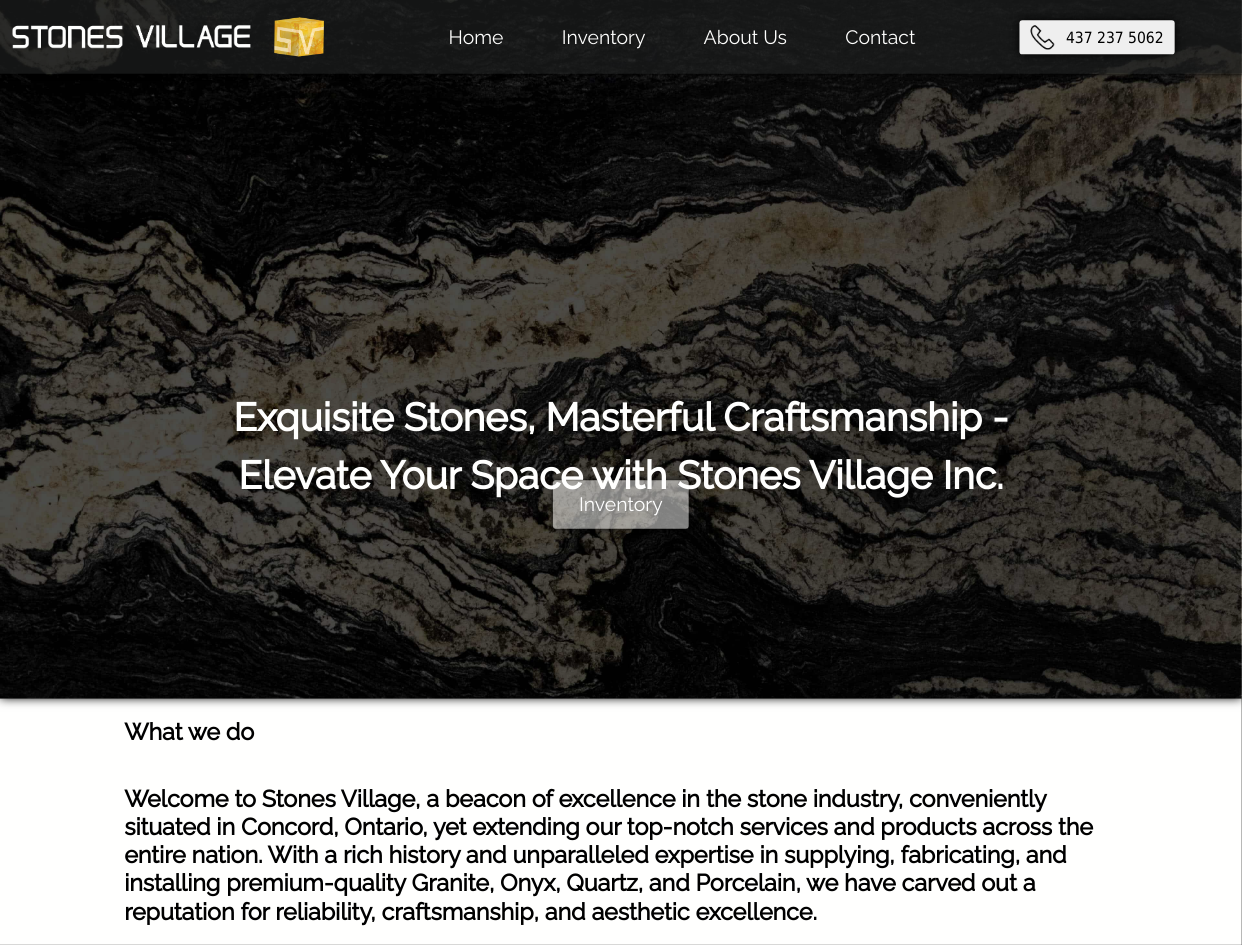
Repository: shayanabedi98/Stones-Village
Page: index.html
These files come from the project's save history. The page is drawn as it stood at one moment and after the next save; the edit follows.
The browser window is 1280 px wide. The pictures show the whole page, at 97% of full size.
Backgrounds fixed to the window are drawn as part of the page.

Above is the page before, as saved 2023-10-22 16:13:52.

After the next save:
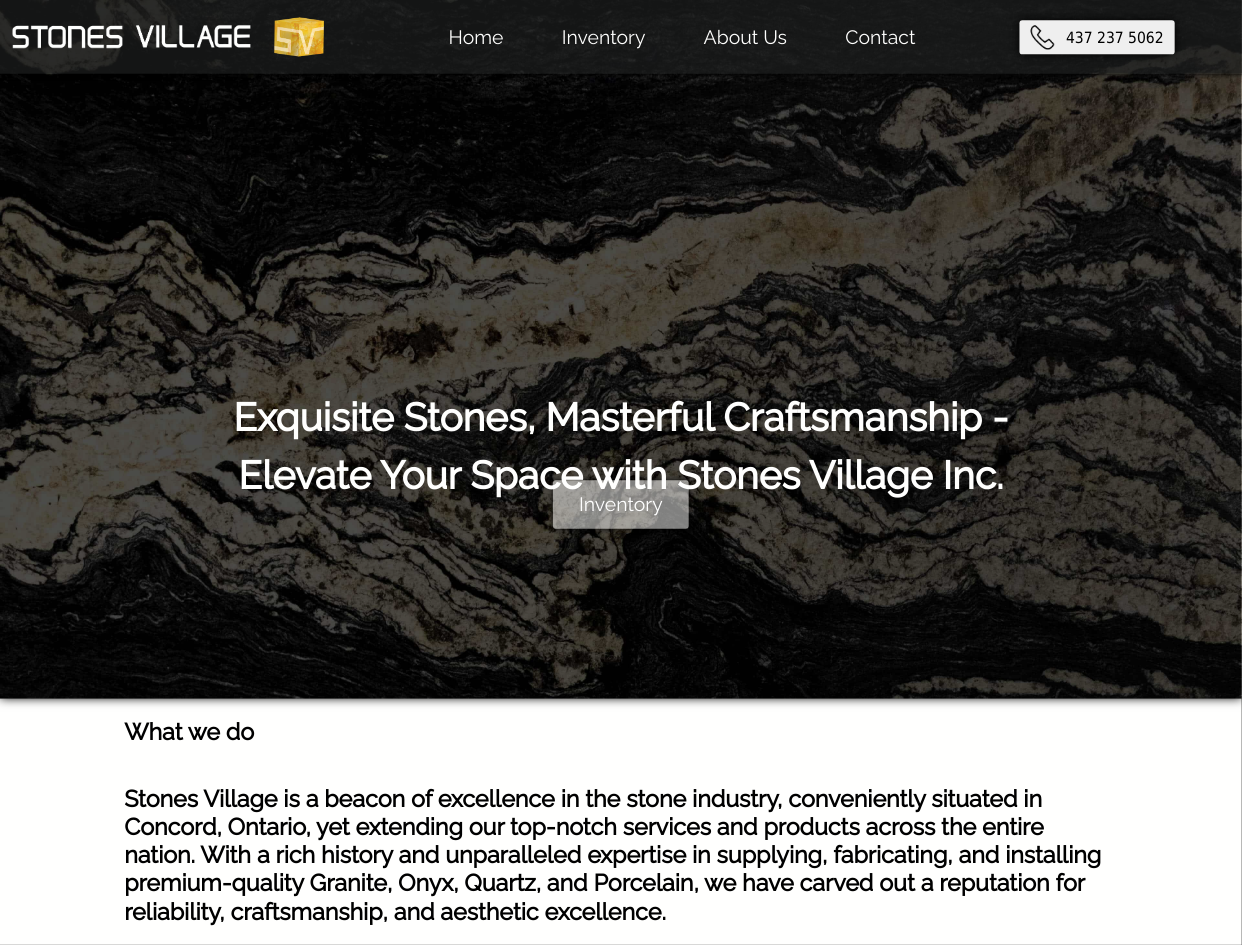
Saved 21 s later.
--- a/index.html
+++ b/index.html
@@ -40,7 +40,7 @@
         </div>
         <div class="services-container">
             <h2>What we do</h2>
-            <h2>Welcome to Stones Village, a beacon of excellence in the stone industry, conveniently situated in Concord, Ontario, yet extending our top-notch services and products across the entire nation. With a rich history and unparalleled expertise in supplying, fabricating, and installing premium-quality Granite, Onyx, Quartz, and Porcelain, we have carved out a reputation for reliability, craftsmanship, and aesthetic excellence.</h2>
+            <h2>Stones Village is a beacon of excellence in the stone industry, conveniently situated in Concord, Ontario, yet extending our top-notch services and products across the entire nation. With a rich history and unparalleled expertise in supplying, fabricating, and installing premium-quality Granite, Onyx, Quartz, and Porcelain, we have carved out a reputation for reliability, craftsmanship, and aesthetic excellence.</h2>
             <div class="card">
 
             </div>
